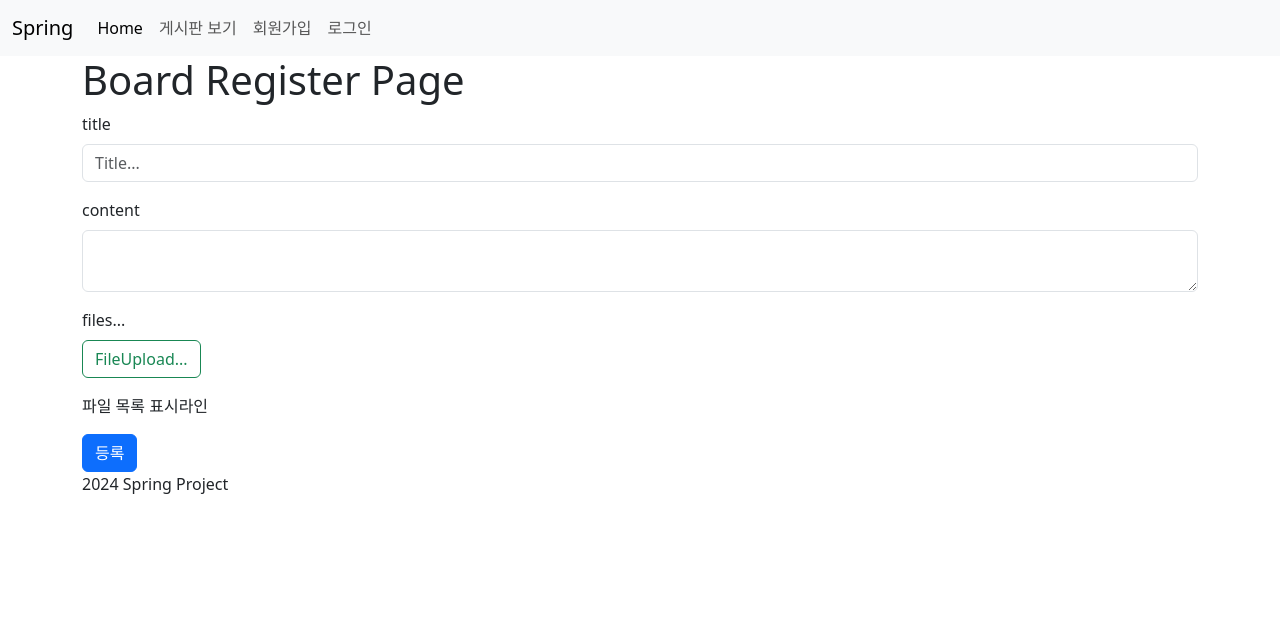
Repository: havanara/240423_SPRING_Project
Page: http://localhost/spring_test2/WEB-INF/views/board/register.jsp
An editor plug-in stored every save of this project. The page is shown before and after the next save, followed by the edit.
The browser window is 1280 px wide. The pictures show the whole page.
The page is served by Tomcat 9. Nobody is signed in. Other server files are loaded and not shown. The template is opened directly, without the code that normally fills it, so the values that code supplies are empty.

Above is the page before, as saved 2024-05-08 06:42:51.
Console error: TypeError: Cannot read properties of null (reading 'addEventListener')

### spring_test2/src/main/webapp/WEB-INF/views/board/register.jsp
<%@ page language="java" contentType="text/html; charset=UTF-8"
    pageEncoding="UTF-8"%>
    <%@taglib uri="http://www.springframework.org/security/tags" prefix="sec" %>

<jsp:include page="../layout/header.jsp" />


<div class="container-md">
<h1>Board Register Page</h1>
	<form action="/board/insert" method="post" enctype="multipart/form-data">
		<div class="mb-3">
		  <label for="t" class="form-label">title</label>
		  <input type="text" class="form-control" name="title" id="t" placeholder="Title...">
		</div>

		<sec:authorize access="isAuthenticated()">
		<div class="mb-3">
		  <label for="w" class="form-label">writer</label>
		  <input type="text" class="form-control" readonly="readonly" name="writer" id="w" placeholder="Writer...">
		</div>
		</sec:authorize>

		<div class="mb-3">
		  <label for="c" class="form-label">content</label>
		  <textarea class="form-control" name="content" id="c" aria-label="With textarea"></textarea>
		</div>

		<!-- 파일 입력 라인 추가 -->
 		<div class="mb-3">
		  <label for="file" class="form-label">files...</label>
		  <!-- multiple -> input 한개에 여러개의 값을 넣을 수 있음 -->
		  <input type="file" class="form-control" name="files" id="file" multiple="multiple" style="display: none"><br>
		  <button type="button" class="btn btn-outline-success" id="trigger">FileUpload...</button>
		</div>

		파일 목록 표시라인
		<div class="mb-3" id="fileZone"></div>

		<button type="submit" class="btn btn-primary" id="regBtn">등록</button>
	</form>
</div>

<script type="text/javascript" src="/re/js/boardRegister.js">

</script>

<jsp:include page="../layout/footer.jsp" />

</html>

### spring_test2/src/main/webapp/WEB-INF/views/layout/header.jsp
<%@ page language="java" contentType="text/html; charset=UTF-8"
    pageEncoding="UTF-8"%>
    <%@ taglib uri="http://java.sun.com/jsp/jstl/core" prefix="c" %>
    <%@ taglib uri="http://www.springframework.org/security/tags" prefix="sec" %>
<!DOCTYPE html>
<html>
<head>
<meta charset="UTF-8">
<title>header.jsp</title>
<link href="/re/css/bootstrap.min.css" rel="stylesheet" integrity="sha384-QWTKZyjpPEjISv5WaRU9OFeRpok6YctnYmDr5pNlyT2bRjXh0JMhjY6hW+ALEwIH" crossorigin="anonymous">
<script src="/re/js/bootstrap.bundle.min.js" integrity="sha384-YvpcrYf0tY3lHB60NNkmXc5s9fDVZLESaAA55NDzOxhy9GkcIdslK1eN7N6jIeHz" crossorigin="anonymous"></script>
</head>
<body>
<nav class="navbar navbar-expand-lg bg-body-tertiary">
  <div class="container-fluid">
    <a class="navbar-brand" href="#">Spring</a>
    <button class="navbar-toggler" type="button" data-bs-toggle="collapse" data-bs-target="#navbarSupportedContent" aria-controls="navbarSupportedContent" aria-expanded="false" aria-label="Toggle navigation">
      <span class="navbar-toggler-icon"></span>
    </button>
    <div class="collapse navbar-collapse" id="navbarSupportedContent">
      <ul class="navbar-nav me-auto mb-2 mb-lg-0">
        <li class="nav-item">
          <a class="nav-link active" aria-current="page" href="/">Home</a>
        </li>
        <li class="nav-item">
          <a class="nav-link" href="/board/list">게시판 보기</a>
        </li>

        <sec:authorize access="isAnonymous()">
	         <li class="nav-item">
	          <a class="nav-link" href="/user/register">회원가입</a>
	        </li>
	        <li class="nav-item">
	          <a class="nav-link" href="/user/login">로그인</a>
	        </li>
        </sec:authorize>

        <!-- access의 권한이 있는지 확인 -->
        <!-- 현재 사용자의 정보 : principal -->
        <sec:authorize access="isAuthenticated()">
        <sec:authentication property="principal.uvo.email" var="authEmail"/>
        <sec:authentication property="principal.uvo.nickName" var="authNick"/>
        <sec:authentication property="principal.uvo.authList" var="auths"/>
        <li class="nav-item">
          <a class="nav-link" href="/board/register">게시판 글쓰기</a>
        </li>
        <c:choose>
        	<c:when test="${auths.stream().anyMatch(authVO -> authVO.auth.equals('ROLE_ADMIN')).get() }">
		        <li class="nav-item">
		          <a class="nav-link" href="#">회원리스트 ${authNick }(${authEmail } / ADMIN)</a>
	    	    </li>
        	</c:when>
        	<c:otherwise>
	        	<li class="nav-item">
	          	  <a class="nav-link" href="#">회원정보수정 ${authNick}(${authEmail})</a>
	        	</li>
        	</c:otherwise>
        </c:choose>

	        <li class="nav-item">
	          <a class="nav-link" href="" id="logoutLink">로그아웃</a>
	        </li>

	        <form action="/user/logout" method="post" id="logoutForm">
	        	<!-- 인증된 계정의 이메일 -->
	        	<input type="hidden" name="email" value="${authEmail }">
	        </form>
        </sec:authorize>


      </ul>
    </div>
  </div>
</nav>

<script type="text/javascript">
document.getElementById('logoutLink').addEventListener('click',(e)=>{
	e.preventDefault();
    document.getElementById('logoutForm').submit();
});
</script>

### spring_test2/src/main/webapp/WEB-INF/views/layout/footer.jsp
<%@ page language="java" contentType="text/html; charset=UTF-8"
    pageEncoding="UTF-8"%>
<!DOCTYPE html>

<div class="container-md">
	2024 Spring Project
</div>

</body>
</html>

### spring_test2/src/main/webapp/resources/js/boardRegister.js
console.log("boardRegister js in")

//트리거 버튼 처리
document.getElementById('trigger').addEventListener('click',()=>{
    document.getElementById('file').click();
});

//실행 파일에 대한 정규 표현식 작성 / 파일 최대 사이즈
const regExp = new RegExp("\.(exe|sh|bat|dll|jar|msi)$");
const maxSize = 1024*1024*20;

function fileValidation(fileName, fileSize){
    if(regExp.test(fileName)){
        return 0;
    }else if(fileSize > maxSize){
        return 0;
    }else{
        return 1;
    }
}

document.addEventListener('change', (e)=>{
    if(e.target.id == 'file'){ //파일에 변화가 생겼다면
        //files는 input type="file"의 element에 저장된 file의 정보를 가져오는 property
        const fileObj = document.getElementById('file').files;
        console.log(fileObj);

        document.getElementById('regBtn').disabled = false; //한번 disabled이 true 처리된건 혼자 풀지 못해 처음에 false처리를 해야함

        //등록된 file의 정보를 fileZone에 기록
        let div = document.getElementById('fileZone');
        div.innerHTML = ''; //기존에 혹시나 있을 div에 추가되어있던 값 비우기

        // ul > li로 파일 목록 추가
        // <ul class="list-group list-group-flush">
        //     <li class="list-group-item">An item</li>
        // </ul>

        //여러개의 등록 파일이 모두 검증을 통과해야하기 때문에
        //isOK를 두어서 *(곱하기)로 각각 파일이 통과할때마다 연산을 실행 -> 통과 여부 확인
        let isOk = 1; //곱해야 하니까 0이면 안됨
        let ul = `<ul class="list-group list-group-flush">`;
        for(let file of fileObj){
            //개별 파일 검증 통과 결과
            let vaildResult = fileValidation(file.name, file.size);
            isOk *= vaildResult;
            ul += `<li class="list-group-item">`;
            ul += `<div class="mb-3">`;
            ul += `${vaildResult ? '<div class="fw-bold">업로드 가능</div>' : '<div class="fw-bold text-danger">업로드 불가능</div>'}`;
            ul += `${file.name}</div>`;
            ul += `<span class="badge rounded-pill text-bg${vaildResult ? 'success' : 'danger'}">${file.size}Bytes</span>`;
            ul += `</li>`;
        }
        ul += `</ul>`;
        div.innerHTML = ul;

        if(isOk == 0){ //isOK가 0이라는건 하나라도 파일이 검증을 통과하지 못했다는 의미(버튼 비활성화 처리)
            document.getElementById('regBtn').disabled = true; //한번 disabled이 true 처리된건 혼자 풀지 못해 처음에 false처리를 해야함
        }
    }
});

Loaded but not shown: spring_test2/src/main/webapp/resources/css/bootstrap.min.css (library); spring_test2/src/main/webapp/resources/js/bootstrap.bundle.min.js (library)

After the next save:
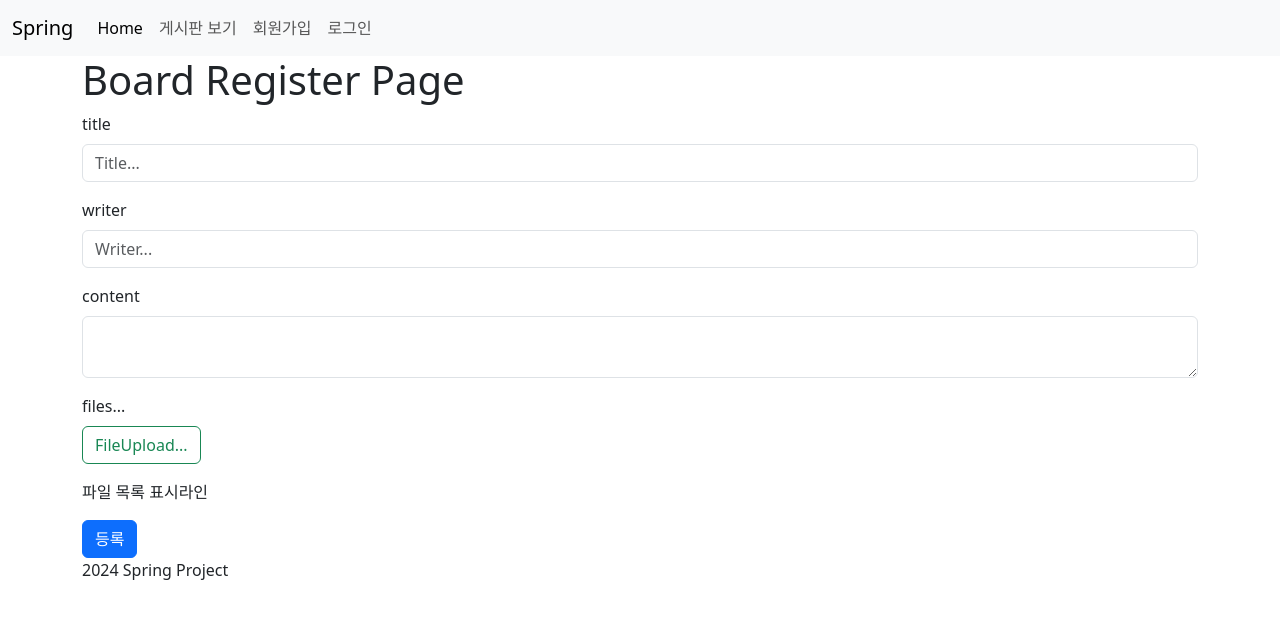
Saved 76 s later.
--- a/spring_test2/src/main/webapp/WEB-INF/views/board/register.jsp
+++ b/spring_test2/src/main/webapp/WEB-INF/views/board/register.jsp
@@ -13,12 +13,12 @@
 		  <input type="text" class="form-control" name="title" id="t" placeholder="Title...">
 		</div>
 
-		<sec:authorize access="isAuthenticated()">
+<%-- 		<sec:authorize access="isAuthenticated()"> --%>
 		<div class="mb-3">
 		  <label for="w" class="form-label">writer</label>
-		  <input type="text" class="form-control" readonly="readonly" name="writer" id="w" placeholder="Writer...">
+		  <input type="text" class="form-control" readonly='<sec:authorize access="isAuthenticated()"></sec:authorize>' name="writer" id="w" placeholder="Writer...">
 		</div>
-		</sec:authorize>
+<%-- 		</sec:authorize> --%>
 
 		<div class="mb-3">
 		  <label for="c" class="form-label">content</label>

After the save that followed:
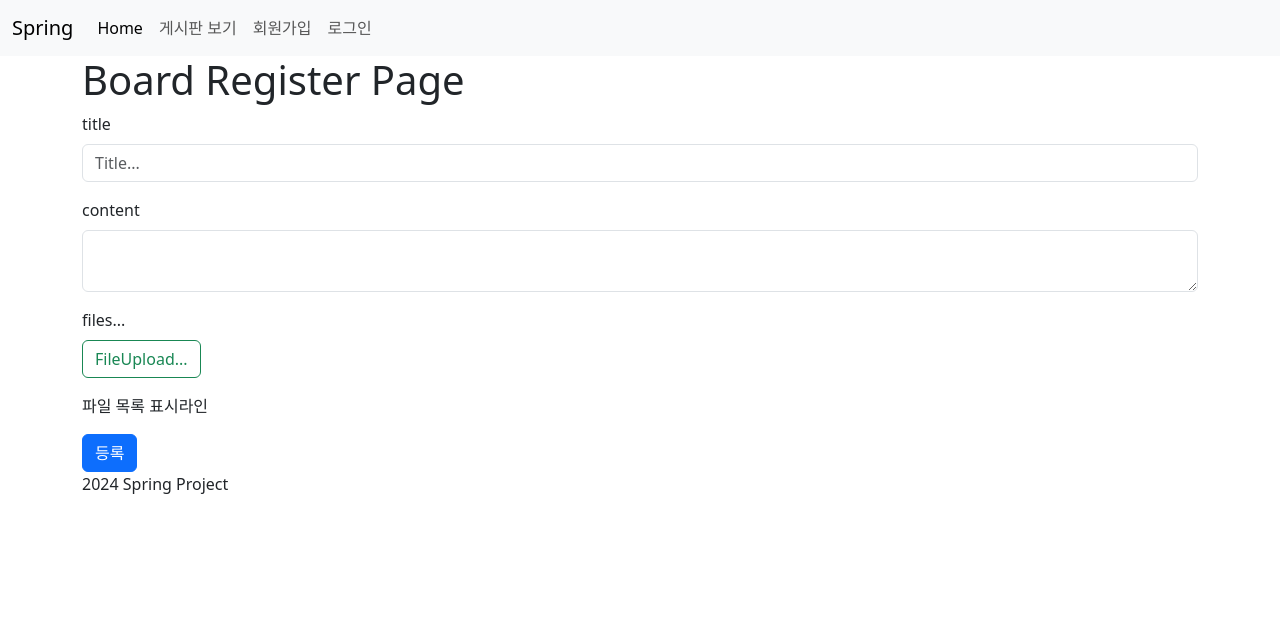
Saved 16 s later.
--- a/spring_test2/src/main/webapp/WEB-INF/views/board/register.jsp
+++ b/spring_test2/src/main/webapp/WEB-INF/views/board/register.jsp
@@ -13,12 +13,12 @@
 		  <input type="text" class="form-control" name="title" id="t" placeholder="Title...">
 		</div>
 
-<%-- 		<sec:authorize access="isAuthenticated()"> --%>
+		<sec:authorize access="isAuthenticated()">
 		<div class="mb-3">
 		  <label for="w" class="form-label">writer</label>
-		  <input type="text" class="form-control" readonly='<sec:authorize access="isAuthenticated()"></sec:authorize>' name="writer" id="w" placeholder="Writer...">
+		  <input type="text" class="form-control" name="writer" id="w" placeholder="Writer...">
 		</div>
-<%-- 		</sec:authorize> --%>
+		</sec:authorize>
 
 		<div class="mb-3">
 		  <label for="c" class="form-label">content</label>
